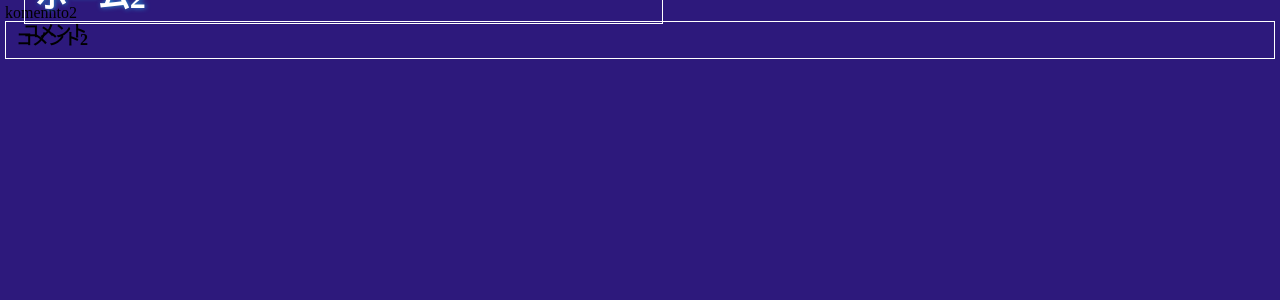
Repository: azuma2/tui2b
Page: http://localhost/come
An editor plug-in stored every save of this project. The page is shown before and after the next save, followed by the edit.
The browser window is 1280 px wide. The pictures show the whole page.
The page is served by the project's Laravel application, run on PHP 8.4 with Laravel 8. Other server files are loaded and not shown. Queries for data that is not in the repository find no rows.

Above is the page before, as saved 2022-03-29 02:14:38.

### routes/web.php
<?php

use Illuminate\Support\Facades\Route;
use App\Http\Controllers\Tui2Controller;

Route::get('/', [Tui2Controller::class, 'index']);
Route::post('/tui2/create', [Tui2Controller::class, 'create']);
Route::post('/tui2/update', [Tui2Controller::class, 'update']);
Route::post('/tui2/delete', [Tui2Controller::class, 'remove']);
Route::post('/', [Tui2Controller::class, 'post']);

Route::get('/comment', [Tui2Controller::class, 'index2'])->name('tui2.index2');
Route::get('/comment', [Tui2Controller::class, 'index3']);


Route::get('/come', [Tui2Controller::class, 'index4'])->name('tui2.index4');
Route::get('/come', [Tui2Controller::class, 'index5']);

Route::get('/reply/like/{id}', [RepliesController::class, 'like'])->name('reply.like');
Route::get('/reply/unlike/{id}', [RepliesController::class, 'unlike'])->name('reply.unlike');

### app/Http/Controllers/Tui2Controller.php
<?php

namespace App\Http\Controllers;

use App\Models\Tui2;
use Illuminate\Http\Request;
use Illuminate\Support\Facades\DB;

class Tui2Controller extends Controller
{
    public function index()
    {
        $items = Tui2::all();
        $items = DB::select('select * from tui2s');



        return view('index', ['items' => $items]);
    }

    public function create(Request $request)
    {
        $param = [
            'name' => $request->name,
            'content' => $request->content,


                ];
        $this->validate($request, Tui2::$rules);

        DB::insert('insert into tui2s (name,content) values (:name,:content)', $param);
        return redirect('/');
    }

    public function update(Request $request)
    {
         $param = [
            'id' => $request->id,
            'name' => $request->name,
            'content' => $request->content,

        ];
        $this->validate($request, Tui2::$rules);
        DB::update('update tui2s set name =:name, content =:content where id =:id', $param);
        return redirect('/');
    }

    public function remove(Request $request)
    {
        $param = ['id' => $request->id];
        DB::delete('delete from tui2s where id =:id', $param);
        return redirect('/');
    }




    public function index2()
    {
        //表示させたいviewを指定させる
        return view('comment', ['items' => $items]);
    }

        public function index3()
    {
        $items = Tui2::all();
        $items = DB::select('select * from tui2s');

        return view('comment', ['items' => $items]);
    }

    public function index4()
    {
        //表示させたいviewを指定させる
        return view('come', ['items' => $items]);
    }
    public function index5()
    {
        $items = Tui2::all();
        $items = DB::select('select * from tui2s');

        return view('come', ['items' => $items]);
    }



}

### app/Models/Tui2.php
<?php

namespace App\Models;

use App\Models\Tui2;
use Illuminate\Database\Eloquent\Factories\HasFactory;
use Illuminate\Database\Eloquent\Model;

class Tui2 extends Model

{
        use HasFactory;

    protected $fillable = ['content'];

    public static $rules = array(
        'content' => 'required|max:20',
    );






}

### resources/views/come.blade.php

<!DOCTYPE html>
<html lang="ja">
<head>
    <meta charset="UTF-8">
    <meta http-equiv="X-UA-Compatible" content="IE=edge">
    <meta name="viewport" content="width=device-width, initial-scale=1.0">
    <link rel="stylesheet" href="{{ asset('\resources\views\layouts\reset.css') }}" >
    <title>コメント画面</title>
    <style>
    body {
      font-size:16px;
      margin: 5px;
      background-color: #2d197c;
    }


        td {
      padding: 5px 10px;
      text-align: center;


    }


    tr{
      border: solid;border-color: #fff;
      border-width: 1px;
    }



    table{
    border-collapse: collapse;
    }

    .kakomi{
      border: solid;
    }

    .icon{
        height: 25px;
      width: 25px;
}

    .narabe{
      display:flex;
        flex-flow: column;
    }

    .button {
    background-image:url(/../img/cross.png);
    background-size: 25px;
       height: 25px;
      width: 25px;
    cursor: pointer;
    transition: 0.4s;
    outline: none;
    border: none;
    background-color: transparent;
}


    .card {
    width: 50vw;
    padding: 10px;
    position: absolute;
    top: -40px;
    left: 1%;

    border-radius: 10px;
}
    h1 {
      font-size:32px;
      color:white;
      text-shadow:1px 0 5px #289ADC;
      margin-left: 1px
    }

    .title{
          border: solid;border-color: #fff;
          border-width: 1px;
          padding: 10px;
    }
    .content {
      margin:10px;
    }

    .bgazou{
      background-image: url(img/detail.png);
    }

    p{

color: #fff;

    }

    .comment{
      text-align: left;
    }
    .name{
font-size:28px;
     display: inline;
    }



    </style>
  </head>
  <body>
  <div class="container">
    <div class="card">
      <h1 class="title">ホーム2</h1>
            <div class="tui2">
              @if ($errors->has('content'))
                  <tr>
                    <th>ERROR</th>
                  <td>
                  {{$errors->first('content')}}
                </td>
            </tr>
          @endif




          <div class="narabe">
        <table>
            @csrf


                    <tr>
            @foreach ($items as $item)
            <td>

<p class="comment">{{$item->name}}</p>
            </td>

<div></div>

            <form action="/tui2/update" method="post">
              @csrf

              <td>
                <p class="name"></p>
                <img class="icon" src="/../img/heart.png">
              </td>
                          <td>
                            </form>
              <form action="/tui2/delete" method="post" >
                    @csrf
                <input  type="hidden" name="id" value="{{$item->id}}" >
                <input class="button" type="submit" value="" >
              </form>
            </td>
            <td>
              <a href="{{ url('index') }}"><img class="icon" src="/../img/feather.png"></a>
            </td>
              <td>

                <p class="comment">{{$item->content}}</p>
              </td>



          </tr>
          @endforeach

                <h3 class="title2">コメント</h3>



                  </table>
</div>
      </div>
    </div>
  </div>
  </div>
<div>komennto2 </div>
                <h3 class="title">コメント2</h3>

</body>
</html>

### resources/views/layouts/reset.css
/*
html5doctor.com Reset Stylesheet
v1.6.1
Last Updated: 2010-09-17
Todo: Richard Clark - http://richclarkdesign.com
Twitter: @rich_clark
*/

html, body, div, span, object, iframe,
h1, h2, h3, h4, h5, h6, p, blockquote, pre,
abbr, address, cite, code,
del, dfn, em, img, ins, kbd, q, samp,
small, strong, sub, sup, var,
b, i,
dl, dt, dd, ol, ul, li,
fieldset, form, label, legend,
table, caption, tbody, tfoot, thead, tr, th, td,
article, aside, canvas, details, figcaption, figure,
footer, header, hgroup, menu, nav, section, summary,
time, mark, audio, video {
    margin:0;
    padding:0;
    border:0;
    outline:0;
    font-size:100%;
    vertical-align:baseline;
    background:transparent;
}

body {
    line-height:1;
}

article,aside,details,figcaption,figure,
footer,header,hgroup,menu,nav,section {
    display:block;
}

nav ul {
    list-style:none;
}

blockquote, q {
    quotes:none;
}

blockquote:before, blockquote:after,
q:before, q:after {
    content:'';
    content:none;
}

a {
    margin:0;
    padding:0;
    font-size:100%;
    vertical-align:baseline;
    background:transparent;
}

/* change colours to suit your needs */
ins {
    background-color:#ff9;
    color:#000;
    text-decoration:none;
}

/* change colours to suit your needs */
mark {
    background-color:#ff9;
    color:#000;
    font-style:italic;
    font-weight:bold;
}

del {
    text-decoration: line-through;
}

abbr[title], dfn[title] {
    border-bottom:1px dotted;
    cursor:help;
}

table {
    border-collapse:collapse;
    border-spacing:0;
}

/* change border colour to suit your needs */
hr {
    display:block;
    height:1px;
    border:0;
    border-top:1px solid #cccccc;
    margin:1em 0;
    padding:0;
}

input, select {
    vertical-align:middle;
}

Loaded but not shown: app/Http/Controllers/Controller.php (common file)

After the next save:
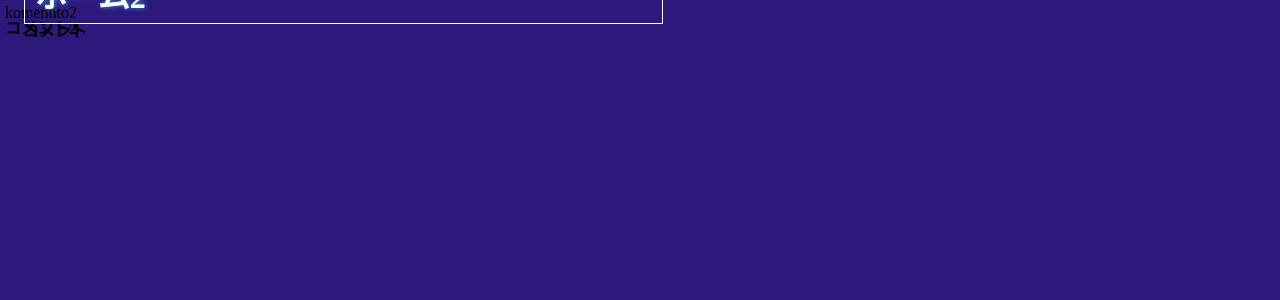
Saved 14 s later.
--- a/resources/views/come.blade.php
+++ b/resources/views/come.blade.php
@@ -178,7 +178,7 @@ font-size:28px;
   </div>
   </div>
 <div>komennto2 </div>
-                <h3 class="title">コメント2</h3>
+                <h3 class="title3">コメント2</h3>
 
 </body>
 </html>
